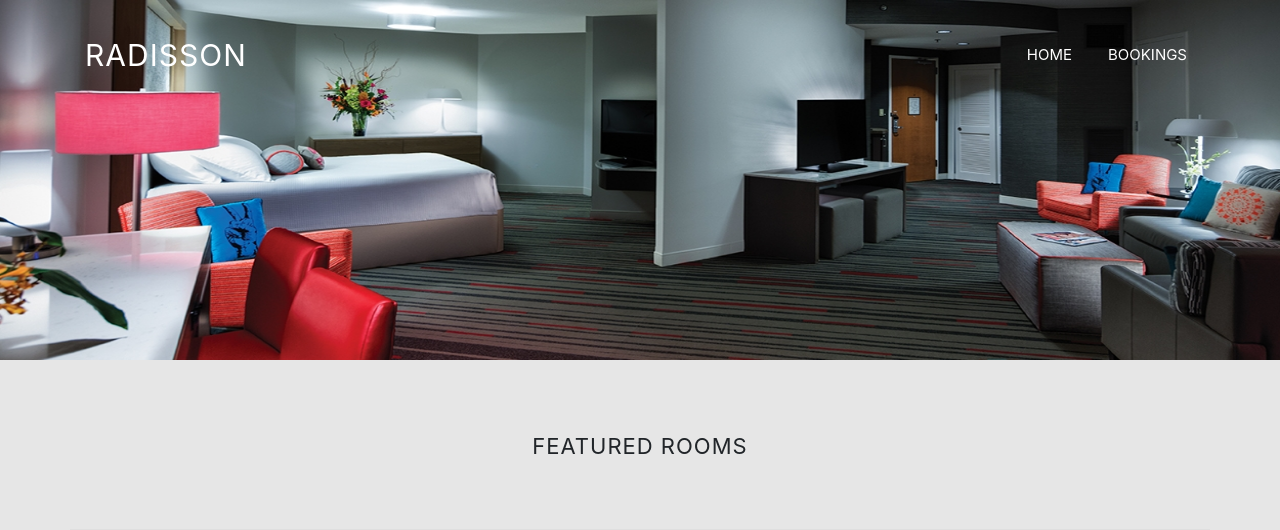
Repository: kapsky5/HotelManagement
Page: rooms.html
An editor plug-in stored every save of this project. The page is shown before and after the next save, followed by the edit.
The browser window is 1280 px wide. The pictures show the part of the page from y = 0 to 530 px (the page is 2309 px tall before and 2312 px after).
Pictures or frames that could not be fetched are drawn as grey boxes. Some web libraries are served in a nearby version.

Above is the page before, as saved 2019-10-21 00:19:47.

After the next save:
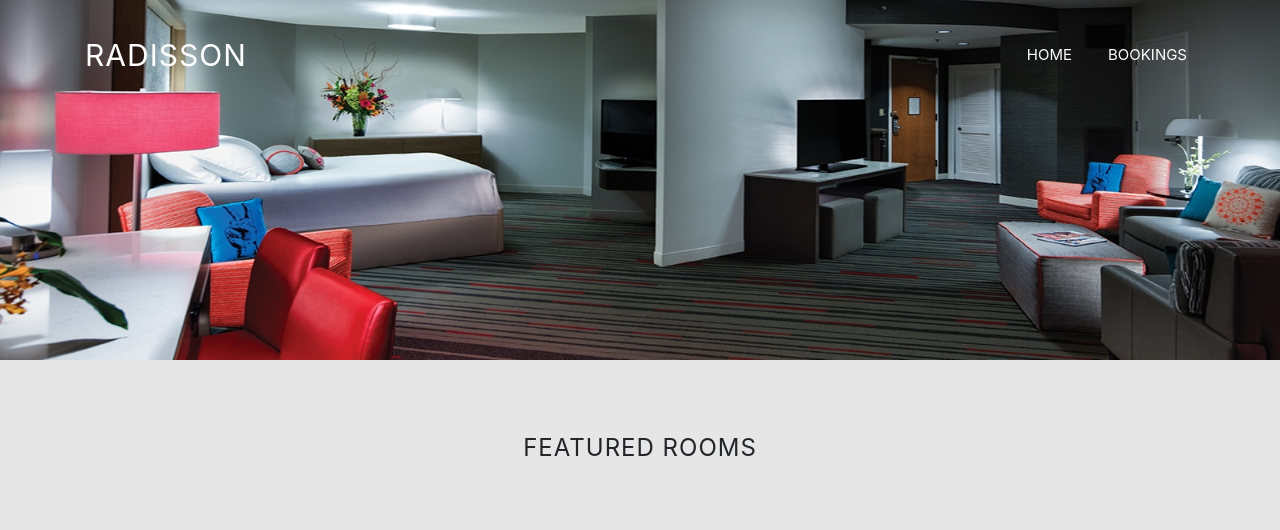
Saved 6 s later.
--- a/css/main.css
+++ b/css/main.css
@@ -127,7 +127,7 @@
 }
 .heading1{
     text-transform: uppercase;
-    font-size: 22px;
+    font-size: 24px;
     letter-spacing: 1px;
 }
 .room-img{
